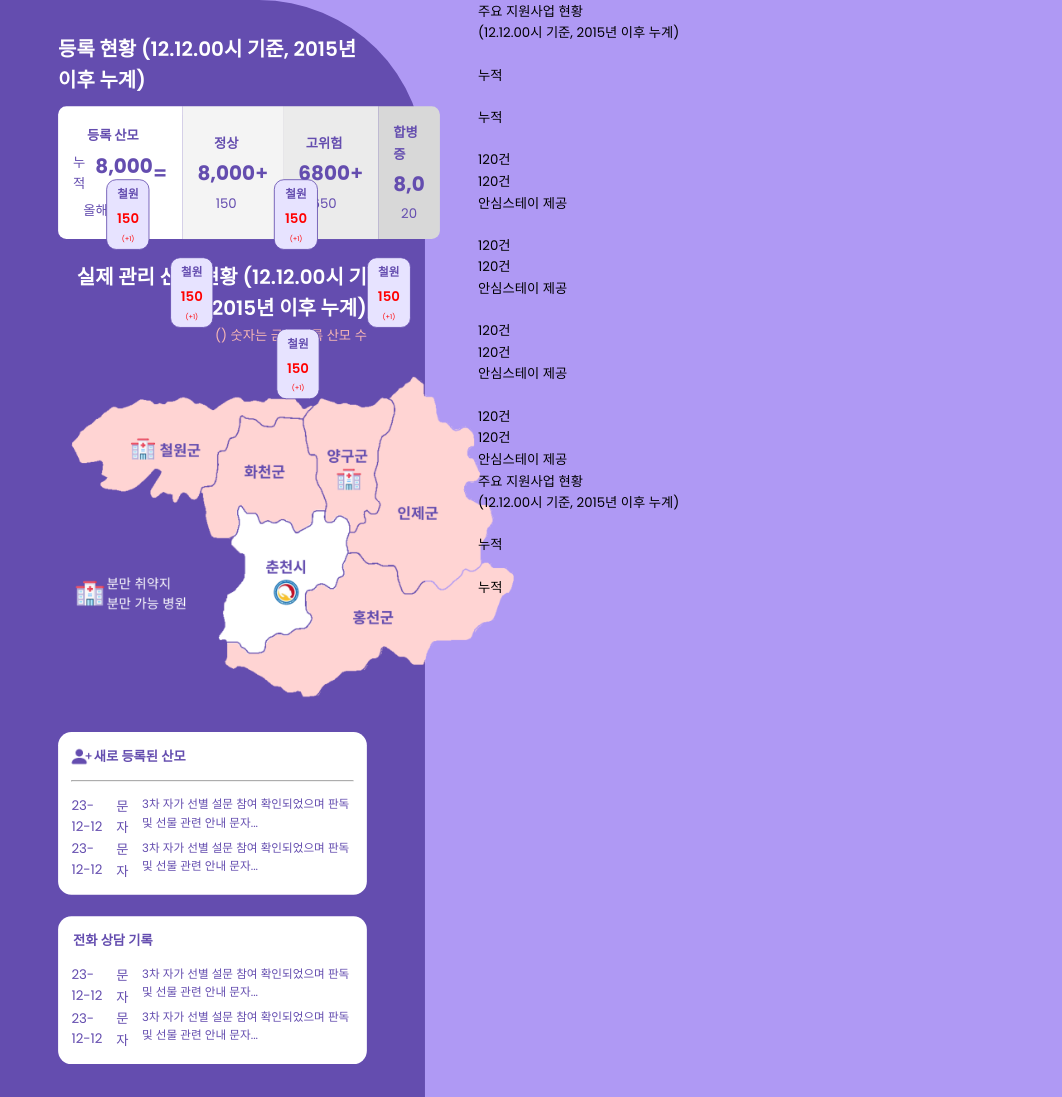
Repository: giapchicuong/Perganancy_Web
Page: index.html
The author's editor kept a copy of each file at every save. The page is drawn from the files as they stood at one save, then again after the next save.
The browser window is 1280 px wide. The pictures show the whole page, at 83% of full size.

Above is the page before, as saved 2024-03-06 18:43:11.

### index.html
<!DOCTYPE html>
<html lang="en">

<head>
    <meta charset="UTF-8">
    <meta name="viewport" content="width=device-width, initial-scale=1.0">
    <title>Perganancy Web</title>
    <link rel="stylesheet" href="./assets/base.css">
    <link rel="stylesheet" href="./assets/style.css">
</head>

<body>
    <!-- .block -->
    <!-- .block__element -->
    <!-- .block__element--modifier -->
    <!-- card
    card__image
    card__description
    card__button--submit
    card__button--cancel -->
    <div class="app">
        <div class="main">
            <section class="advertising">
                <!-- ------------------------------------------------ -->
                <div class="advertising-left">
                    <!-- top -->
                    <div class="advertising-left--top">
                        <div class="advertising-left__title">등록 현황 (12.12.00시 기준, 2015년 이후 누계)</div>
                        <div class="advertising-left__item-list">
                            <div class="advertising-left__item advertising-left__item1">
                                <div class="advertising-left__item--signal">
                                    <div class="advertising-left__item--white">
                                        <div class="advertising-left__item-title">등록 산모</div>
                                        <div class="advertising-left__item-desc">
                                            <div class="advertising-left__item-desc-text">누적</div>
                                            <div class="advertising-left__item-desc-number">8,000</div>
                                        </div>
                                    </div>
                                    <div class="advertising-left__item-bottom">
                                        <div class="advertising-left__item-bottom-text">올해</div>
                                        <div class="advertising-left__item-bottom-number">850</div>
                                    </div>
                                </div>
                                <div class="calculation">=</div>
                            </div>
                            <div class="advertising-left__item advertising-left__item2">
                                <div class="advertising-left__item--signal">
                                    <div class="advertising-left__item--white">
                                        <div class="advertising-left__item-title">정상</div>
                                        <div class="advertising-left__item-desc">
                                            <div class="advertising-left__item-desc-number">8,000</div>
                                        </div>
                                    </div>
                                    <div class="advertising-left__item-bottom">
                                        <div class="advertising-left__item-bottom-number">150</div>
                                    </div>
                                </div>
                                <div class="calculation">+</div>
                            </div>
                            <div class="advertising-left__item advertising-left__item3">
                                <div class="advertising-left__item--signal">
                                    <div class="advertising-left__item--white">
                                        <div class="advertising-left__item-title">고위험</div>
                                        <div class="advertising-left__item-desc">
                                            <div class="advertising-left__item-desc-number">6800</div>
                                        </div>
                                    </div>
                                    <div class="advertising-left__item-bottom">
                                        <div class="advertising-left__item-bottom-number">650</div>
                                    </div>
                                </div>
                                <div class="calculation">+</div>
                            </div>
                            <div class="advertising-left__item advertising-left__item4">
                                <div class="advertising-left__item--signal">
                                    <div class="advertising-left__item--white">
                                        <div class="advertising-left__item-title">합병증</div>
                                        <div class="advertising-left__item-desc">
                                            <div class="advertising-left__item-desc-number">8,0</div>
                                        </div>
                                    </div>
                                    <div class="advertising-left__item-bottom">
                                        <div class="advertising-left__item-bottom-number">20</div>
                                    </div>
                                </div>
                            </div>
                        </div>
                    </div>
                    <!-- text -->
                    <div class="advertising-left__title--text">
                        <div class="advertising-left__title">실제 관리 산모 현황 (12.12.00시 기준, 2015년 이후 누계)</div>
                        <div class="advertising-left__desc">() 숫자는 금일 등록 산모 수</div>
                    </div>
                    <!-- center image -->
                    <div class="advertising-left__map">
                        <img src="./assets/image/left/Gangwon-do Map 1.png" alt="Map"
                            class="advertising-left__map-image">
                        <div class="advertising-left__map-image--card">
                            <div class="advertising-left__map-item-list-top">
                                <div class="advertising-left__map-item">
                                    <div class="advertising-left__map-item-title">철원</div>
                                    <div class="advertising-left__map-item-number">150</div>
                                    <div class="advertising-left__map-item-desc">(+1)</div>
                                </div>
                                <div class="advertising-left__map-item">
                                    <div class="advertising-left__map-item-title">철원</div>
                                    <div class="advertising-left__map-item-number">150</div>
                                    <div class="advertising-left__map-item-desc">(+1)</div>
                                </div>
                            </div>
                            <div class="advertising-left__map-item-list-center">
                                <div class="advertising-left__map-item">
                                    <div class="advertising-left__map-item-title">철원</div>
                                    <div class="advertising-left__map-item-number">150</div>
                                    <div class="advertising-left__map-item-desc">(+1)</div>
                                </div>
                                <div class="advertising-left__map-item">
                                    <div class="advertising-left__map-item-title">철원</div>
                                    <div class="advertising-left__map-item-number">150</div>
                                    <div class="advertising-left__map-item-desc">(+1)</div>
                                </div>
                            </div>
                            <div class="advertising-left__map-item-list-bottom">
                                <div class="advertising-left__map-item">
                                    <div class="advertising-left__map-item-title">철원</div>
                                    <div class="advertising-left__map-item-number">150</div>
                                    <div class="advertising-left__map-item-desc">(+1)</div>
                                </div>
                            </div>
                        </div>
                    </div>
                    <!--새로 등록된 산모  -->
                    <div class="advertising-left__box">
                        <div class="advertising-left__box-title">
                            <img src="./assets//image/left/icons/BsPersonPlusFill.png" alt=""
                                class="advertising-left__box-title-icon">
                            <div class="advertising-left__box-title-text">새로 등록된 산모</div>
                        </div>
                        <hr class="advertising-left__box--hr" />
                        <div class="advertising-left__box-message-list">
                            <div class="advertising-left__box-message-item">
                                <div class="advertising-left__box-message-item-date">23-12-12</div>
                                <div class="advertising-left__box-message-item-local">문자</div>
                                <div class="advertising-left__box-message-item-text">3차 자가 선별 설문 참여 확인되었으며 판독 및 선물 관련 안내
                                    문자...</div>
                            </div>
                            <div class="advertising-left__box-message-item">
                                <div class="advertising-left__box-message-item-date">23-12-12</div>
                                <div class="advertising-left__box-message-item-local">문자</div>
                                <div class="advertising-left__box-message-item-text">3차 자가 선별 설문 참여 확인되었으며 판독 및 선물 관련 안내
                                    문자...</div>
                            </div>
                        </div>
                    </div>
                    <!-- 전화 상담 기록 -->
                    <div class="advertising-left__box">
                        <div class="advertising-left__box-title">
                            <img src="" alt="" class="advertising-left__box-title-icon">
                            <div class="advertising-left__box-title-text">전화 상담 기록</div>
                        </div>
                        <div class="advertising-left__box-message-list">
                            <div class="advertising-left__box-message-item">
                                <div class="advertising-left__box-message-item-date">23-12-12</div>
                                <div class="advertising-left__box-message-item-name">문자</div>
                                <div class="advertising-left__box-message-item-text">3차 자가 선별 설문 참여 확인되었으며 판독 및 선물 관련 안내
                                    문자...</div>
                            </div>
                            <div class="advertising-left__box-message-item">
                                <div class="advertising-left__box-message-item-date">23-12-12</div>
                                <div class="advertising-left__box-message-item-name">문자</div>
                                <div class="advertising-left__box-message-item-text">3차 자가 선별 설문 참여 확인되었으며 판독 및 선물 관련 안내
                                    문자...</div>
                            </div>
                        </div>
                    </div>
                </div>
                <!-- ------------------------------------------------ -->
                <div class="advertising-right">
                    <div class="advertising-right-item">
                        <div class="advertising-right-item-top">
                            <div class="advertising-right-item-top-left">
                                <div class="advertising-right-item-top__title">주요 지원사업 현황</div>
                                <div class="advertising-right-item-top__desc">(12.12.00시 기준, 2015년 이후 누계)</div>
                            </div>
                            <div class="advertising-right-item-top-right">
                                <div class="advertising-right-item-top-item">
                                    <img src="" alt="" class="advertising-right-item-top-item__icon">
                                    <div class="advertising-right-item-top-item__text">누적</div>
                                </div>
                                <div class="advertising-right-item-top-item">
                                    <img src="" alt="" class="advertising-right-item-top-item__icon">
                                    <div class="advertising-right-item-top-item__text">누적</div>
                                </div>
                            </div>
                        </div>
                        <div class="advertising-right-item-card-list">
                            <div class="advertising-right-item-card">
                                <div class="advertising-right-item-card-provide">
                                    <img src="" alt="" class="advertising-right-item-card__image">
                                    <div class="advertising-right-item-card__image-number">
                                        <div class="advertising-right-item-card__image-number-large">120건</div>
                                        <div class="advertising-right-item-card__image-number-small">120건</div>
                                    </div>
                                </div>
                                <div class="advertising-right-item-card-content">안심스테이 제공</div>
                            </div>
                            <div class="advertising-right-item-card">
                                <div class="advertising-right-item-card-provide">
                                    <img src="" alt="" class="advertising-right-item-card__image">
                                    <div class="advertising-right-item-card__image-number">
                                        <div class="advertising-right-item-card__image-number-large">120건</div>
                                        <div class="advertising-right-item-card__image-number-small">120건</div>
                                    </div>
                                </div>
                                <div class="advertising-right-item-card-content">안심스테이 제공</div>
                            </div>
                            <div class="advertising-right-item-card">
                                <div class="advertising-right-item-card-provide">
                                    <img src="" alt="" class="advertising-right-item-card__image">
                                    <div class="advertising-right-item-card__image-number">
                                        <div class="advertising-right-item-card__image-number-large">120건</div>
                                        <div class="advertising-right-item-card__image-number-small">120건</div>
                                    </div>
                                </div>
                                <div class="advertising-right-item-card-content">안심스테이 제공</div>
                            </div>
                            <div class="advertising-right-item-card">
                                <div class="advertising-right-item-card-provide">
                                    <img src="" alt="" class="advertising-right-item-card__image">
                                    <div class="advertising-right-item-card__image-number">
                                        <div class="advertising-right-item-card__image-number-large">120건</div>
                                        <div class="advertising-right-item-card__image-number-small">120건</div>
                                    </div>
                                </div>
                                <div class="advertising-right-item-card-content">안심스테이 제공</div>
                            </div>
                        </div>
                    </div>
                    <div class="advertising-right-item">
                        <div class="advertising-right-item-top">
                            <div class="advertising-right-item-top-left">
                                <div class="advertising-right-item-top__title">주요 지원사업 현황</div>
                                <div class="advertising-right-item-top__desc">(12.12.00시 기준, 2015년 이후 누계)</div>
                            </div>
                            <div class="advertising-right-item-top-right">
                                <div class="advertising-right-item-top-item">
                                    <img src="" alt="" class="advertising-right-item-top-item__icon">
                                    <div class="advertising-right-item-top-item__text">누적</div>
                                </div>
                                <div class="advertising-right-item-top-item">
                                    <img src="" alt="" class="advertising-right-item-top-item__icon">
                                    <div class="advertising-right-item-top-item__text">누적</div>
                                </div>
                            </div>
                        </div>
                        <div class="advertising-right-item__btn-list">
                            <div class="advertising-right-item__btn-item">
                                <div class="advertising-right-item__btn">
                                    <img src="" alt="" class="advertising-right-item__btn-icon" />
                                    <div class="advertising-right-item__btn-text"></div>
                                    <div class="advertising-right-item__btn-notification"></div>
                                </div>
                                <div class="advertising-right-item__btn-content"></div>
                            </div>
                            <div class="advertising-right-item__btn-item">
                                <div class="advertising-right-item__btn">
                                    <img src="" alt="" class="advertising-right-item__btn-icon" />
                                    <div class="advertising-right-item__btn-text"></div>
                                    <div class="advertising-right-item__btn-notification"></div>
                                </div>
                                <div class="advertising-right-item__btn-content"></div>
                            </div>
                            <div class="advertising-right-item__btn-item">
                                <div class="advertising-right-item__btn">
                                    <img src="" alt="" class="advertising-right-item__btn-icon" />
                                    <div class="advertising-right-item__btn-text"></div>
                                    <div class="advertising-right-item__btn-notification"></div>
                                </div>
                                <div class="advertising-right-item__btn-content"></div>
                            </div>
                            <div class="advertising-right-item__btn-item">
                                <div class="advertising-right-item__btn">
                                    <img src="" alt="" class="advertising-right-item__btn-icon" />
                                    <div class="advertising-right-item__btn-text"></div>
                                    <div class="advertising-right-item__btn-notification"></div>
                                </div>
                                <div class="advertising-right-item__btn-content"></div>
                            </div>
                        </div>
                    </div>
                    <div class="advertising-right-item">
                        <div class="advertising-right-item-left">
                            <div class="advertising-right-item-left-text">
                                <div class="advertising-right-item-left__title"></div>
                                <div class="advertising-right-item-desc"></div>
                            </div>
                            <div class="advertising-right-item-number"></div>
                        </div>
                        <div class="advertising-right-item-right">

                        </div>
                    </div>
                    <div class="advertising-right-item">
                        <div class="advertising-right-item-message-list">
                            <div class="advertising-right-item-message-item">
                                <div class="advertising-right-item-message-text">
                                    <div class="advertising-right-item-message__title"></div>
                                    <div class="advertising-right-item-message__desc"></div>
                                </div>
                                <div class="advertising-right-item-message-number">
                                    <div class="advertising-right-item-message-number-icon"></div>
                                    <div class="advertising-right-item-message-number-text"></div>
                                    <div class="advertising-right-item-message-number-case"></div>
                                </div>
                            </div>
                            <div class="advertising-right-item-message-item">
                                <div class="advertising-right-item-message-text">
                                    <div class="advertising-right-item-message__title"></div>
                                    <div class="advertising-right-item-message__desc"></div>
                                </div>
                                <div class="advertising-right-item-message-number">
                                    <div class="advertising-right-item-message-number-icon"></div>
                                    <div class="advertising-right-item-message-number-text"></div>
                                    <div class="advertising-right-item-message-number-case"></div>
                                </div>
                            </div>
                        </div>
                    </div>
                </div>
            </section>
        </div>
    </div>
</body>

</html>

### assets/base.css
@import url('https://fonts.googleapis.com/css2?family=Poppins:ital,wght@0,100;0,200;0,300;0,400;0,500;0,600;0,700;0,800;0,900;1,100;1,200; 1.300;1.400;1.500;1.600;1.700;1.800;1.900&display=swap');

* {
    margin: 0;
    padding: 0;
    box-sizing: border-box;
    font-family: 'Poppins' , sans-serif;
    background-repeat: no-repeat;
    background-position: 40% ;
}
html, body {
    width: 100%;
    height: 100%;
    background-attachment: fixed;
    /* background-size: cover; */
}
:root {
    --primary: #644DAF;
    --secondary: #AF99F4;
    --purple: #E7E3FF;
    --lightPurple: #E6E6FA;
    --pink: #EF9C98;
    --textPink: #F5B6B4;
    --white: #FFFFFF;
    --gray: #D8D8D8;
    --gray2: #EBEBEB;
    --gray3: #F4F4F4;
}

Loaded but not shown: assets/style.css (194 lines, source omitted)

After the next save:
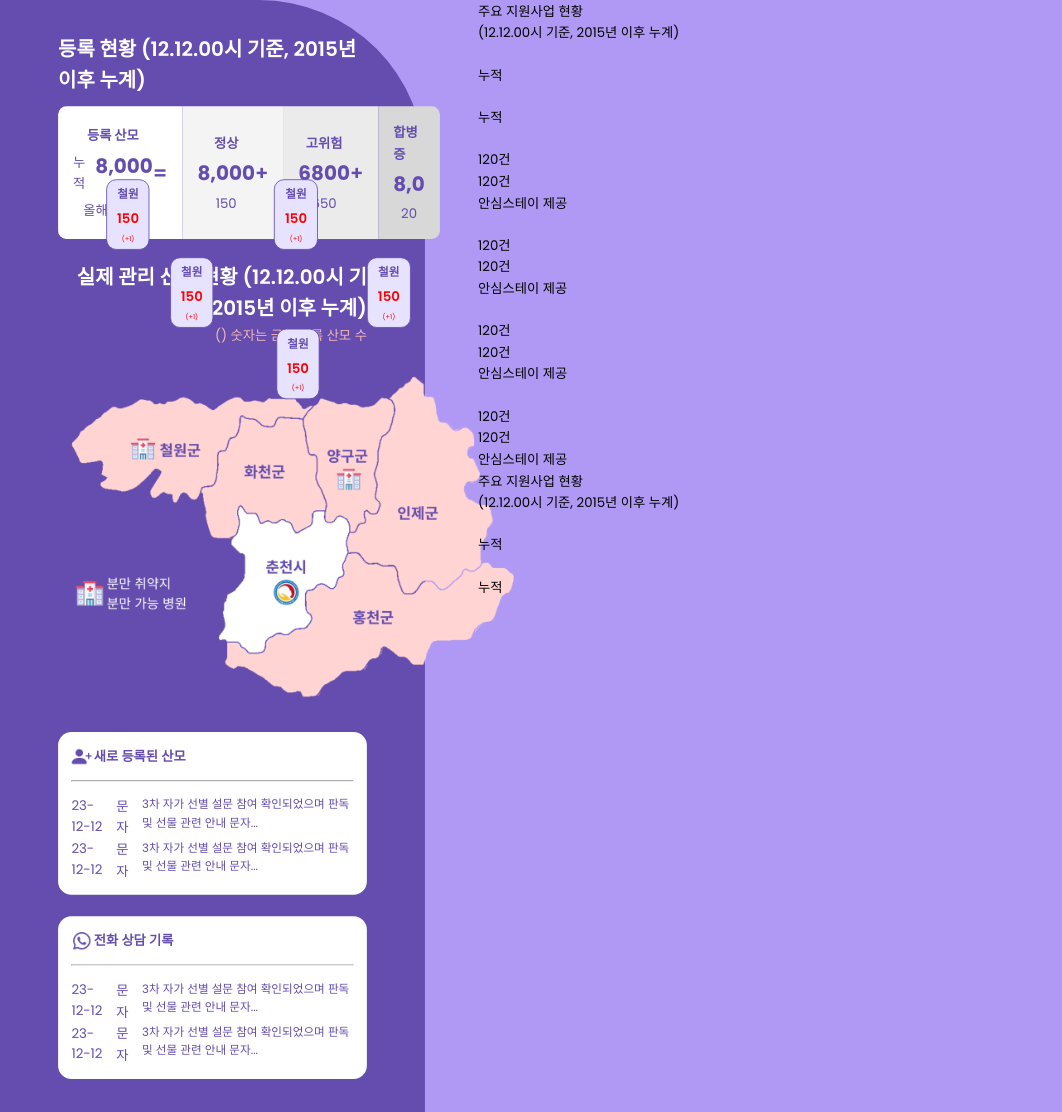
Saved 59 s later.
--- a/index.html
+++ b/index.html
@@ -155,9 +155,11 @@
                     <!-- 전화 상담 기록 -->
                     <div class="advertising-left__box">
                         <div class="advertising-left__box-title">
-                            <img src="" alt="" class="advertising-left__box-title-icon">
+                            <img src="./assets/image//left/icons/FaWhatsapp.png" alt=""
+                                class="advertising-left__box-title-icon">
                             <div class="advertising-left__box-title-text">전화 상담 기록</div>
                         </div>
+                        <hr class="advertising-left__box--hr" />
                         <div class="advertising-left__box-message-list">
                             <div class="advertising-left__box-message-item">
                                 <div class="advertising-left__box-message-item-date">23-12-12</div>
